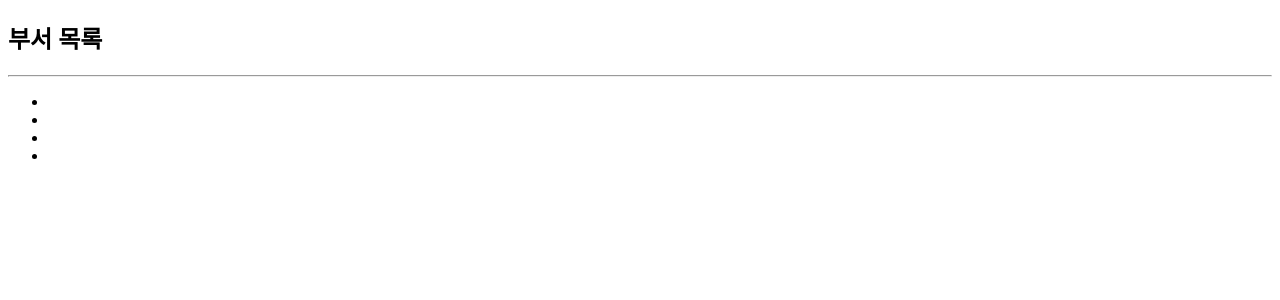
Repository: Jin0207/html_css
Page: day1130/src/main/webapp/deptList.html
The author's editor kept a copy of each file at every save. The page is drawn from the files as they stood at one save, then again after the next save.
The browser window is 1280 px wide. The pictures show the whole page.

Above is the page before, as saved 2021-11-30 00:22:35.

After the next save:
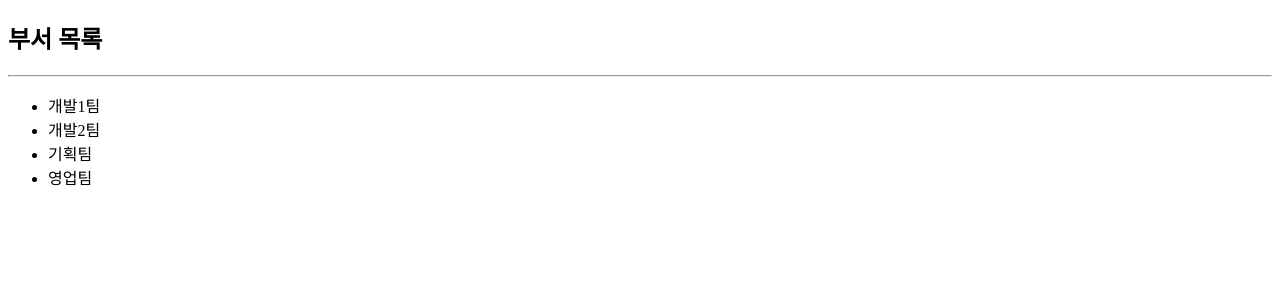
Saved 22 s later.
--- a/day1130/src/main/webapp/deptList.html
+++ b/day1130/src/main/webapp/deptList.html
@@ -8,10 +8,10 @@
 	<h2>부서 목록</h2>
 	<hr>
 	<ul>
-		<li></li>
-		<li></li>
-		<li></li>
-		<li></li>
+		<li>개발1팀</li>
+		<li>개발2팀</li>
+		<li>기획팀</li>
+		<li>영업팀</li>
 	</ul>
 </body>
 </html>
